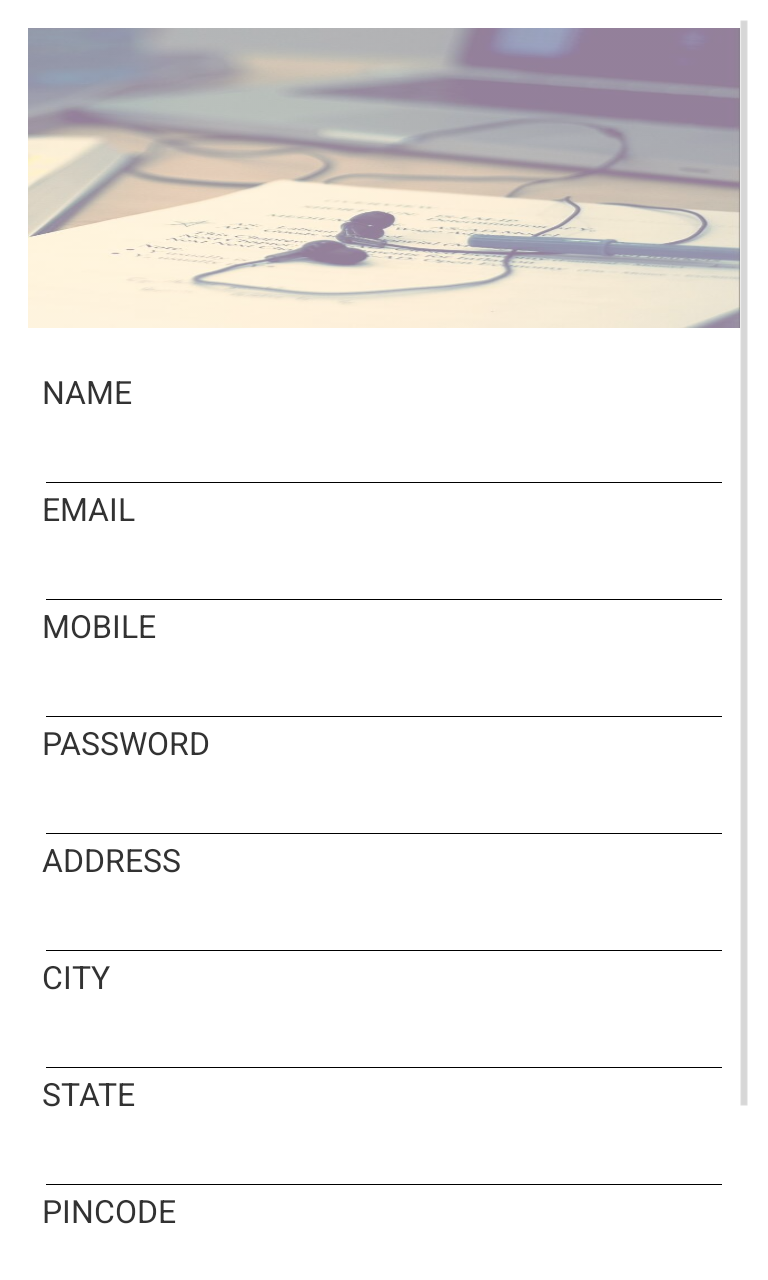
Repository: Harshil737/Career-Launcher
Layout: CareerLauncher/res/layout/fragment_user_profile.xml
The author's editor kept a copy of each file at every save. The layout is drawn from the files as they stood at one save, then again after the next save.
It is drawn on a 768 x 1280 px phone screen (xhdpi) without system bars, with theme AppTheme; the app's code is not run.

Above is the layout before, as saved 2017-11-04 15:39:34.

After the next save:
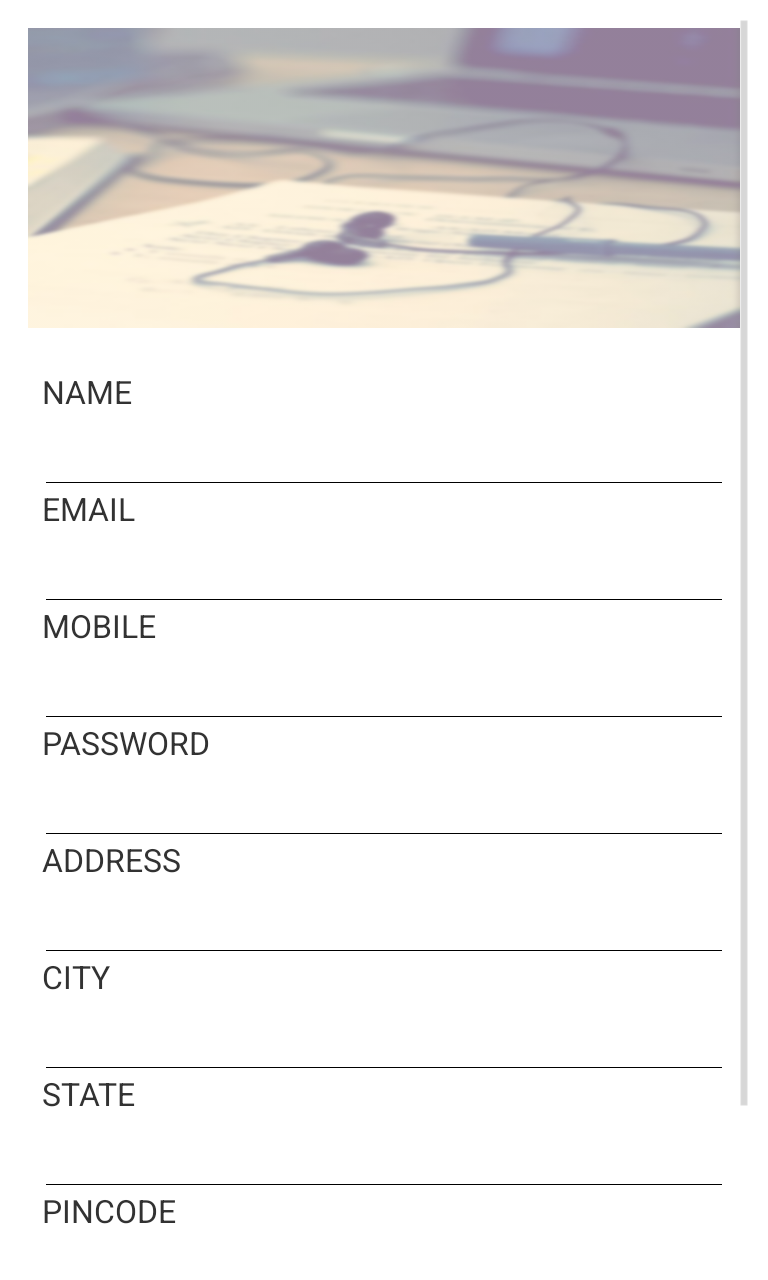
Saved 8 min 0 s later.
--- a/CareerLauncher/res/layout/fragment_user_profile.xml
+++ b/CareerLauncher/res/layout/fragment_user_profile.xml
@@ -29,7 +29,7 @@
                     android:layout_height="150dp"
                     android:alpha="0.5"
                     android:scaleType="fitXY"
-                    android:src="@drawable/bg" />
+                    android:src="@drawable/bg_blur" />
             </RelativeLayout>
 
             <LinearLayout
